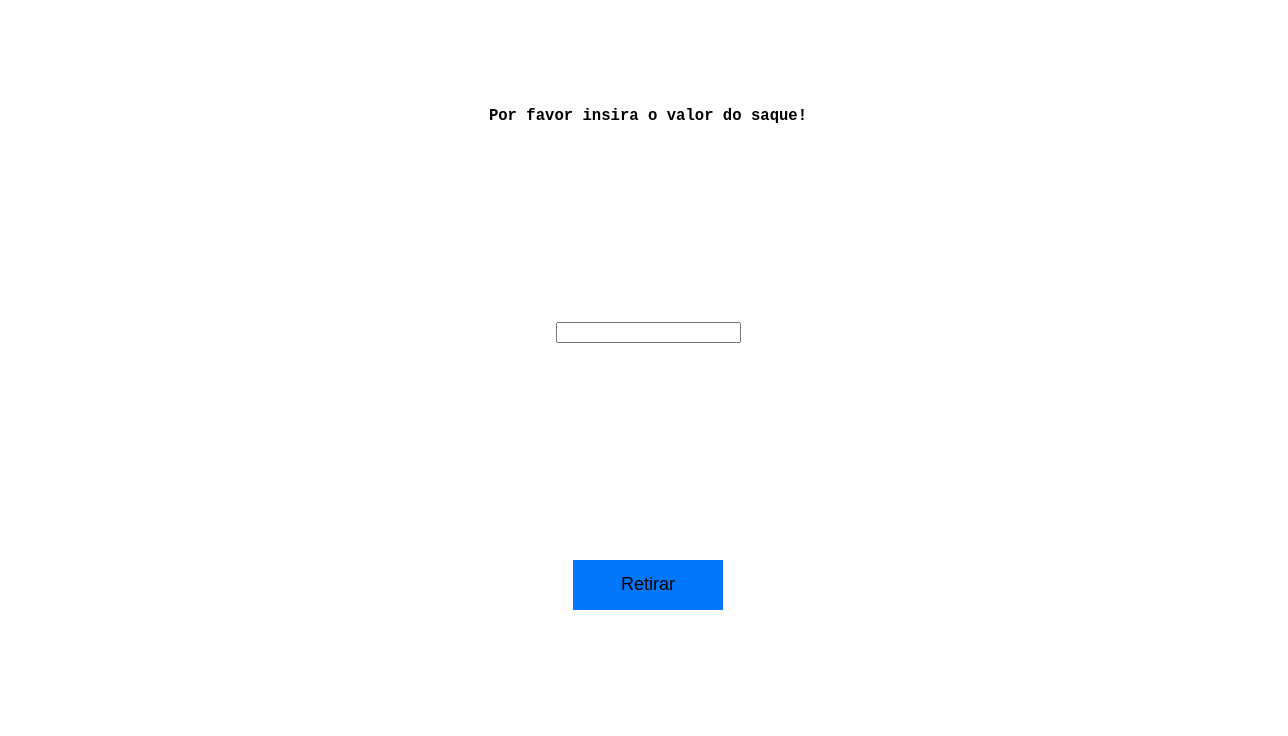
Repository: tkosudi/test-evlos
Page: index.html
The author's editor kept a copy of each file at every save. The page is drawn from the files as they stood at one save, then again after the next save.
The browser window is 1280 px wide. The page is 1288 px wide, so the pictures cover 1288 px, including what lies to the right of the window. The pictures show the whole page.

Above is the page before, as saved 2021-09-03 11:38:10.

### index.html
<!DOCTYPE html>
<html lang="en">
  <head>
    <meta charset="UTF-8" />
    <meta http-equiv="X-UA-Compatible" content="IE=edge" />
    <meta name="viewport" content="width=device-width, initial-scale=1.0" />
    <link rel="stylesheet" href="styles.css" />
    <title>Document</title>
  </head>
  <body>
    <button id="withdraw_button">Retirar</button>
    <input type="number" id="inputData" />

    <div id="count_withdraw"></div>
  </body>
  <script src="./withdraw.js"></script>
</html>

### styles.css
body {
  height: 100vh;
  width: 100vw;
  display: flex;
  align-items: center;
  justify-content: space-around;
  flex-direction: column-reverse;
  font-family: monospace;
}

button {
  margin: 20px 0;
  width: 150px;
  height: 50px;
  font-size: large;
  background: #0077fc;
  border: none;
}

span {
  font-weight: bold;
  font-size: larger;
  color: black;
}

### withdraw.js
const bills = {
  100: 1,
  50: 3,
  20: 4,
  10: 1,
  5: 3,
  2: 12,
  1: 10,
};

let responseWithdrawBills = {
  100: 0,
  50: 0,
  20: 0,
  10: 0,
  5: 0,
  2: 0,
  1: 0,
};

const billsArray = Object.keys(bills)
  .reverse()
  .map((item) => parseInt(item));

let costumerBalance = 122.5;

const withdraw = (
  valorSaque,
  inputValue,
  withdrawBills = responseWithdrawBills
) => {
  if (inputValue <= 1) {
    return "Valor inválido! Saques à partir de R$1,00.";
  }

  if (valorSaque > costumerBalance) {
    return "Você não possui saldo para sacar este valor!";
  }

  if (valorSaque === 0) {
    const billValues = Object.keys(withdrawBills).filter((key) => {
      return withdrawBills[key] > 0;
    });

    let response = "Entregar ";
    for (let i = 0; i < billValues.length; i++) {
      response += `${withdrawBills[billValues[i]]} nota de R$${
        billValues[i]
      },00, `;
    }

    let res = response.slice(0, -2) + ".";

    for (let i = 0; i < billsArray.length; i++) {
      if (responseWithdrawBills[billsArray[i]] > 0) {
        responseWithdrawBills[billsArray[i]] = 0;
      }
    }
    return res;
  }

  for (let i = 0; i < billsArray.length; i++) {
    if (bills[billsArray[i]] > 0 && valorSaque >= billsArray[i]) {
      valorSaque -= billsArray[i];
      withdrawBills[billsArray[i]]++;
      costumerBalance -= billsArray[i];
      bills[billsArray[i]]--;
      return withdraw(valorSaque, withdrawBills);
    }
  }
};
// module.exports.withdraw = withdraw;
let response = document.getElementById("count_withdraw");
const span = document.createElement("span");
span.textContent = "Por favor insira o valor do saque!";
response.appendChild(span);

document.getElementById("withdraw_button").onclick = () => {
  document.getElementById("count_withdraw").innerHTML = "";
  let withdrawInputData = document.getElementById("inputData").value;
  span.textContent = withdraw(withdrawInputData, withdrawInputData);
  response.appendChild(span);
};

After the next save:
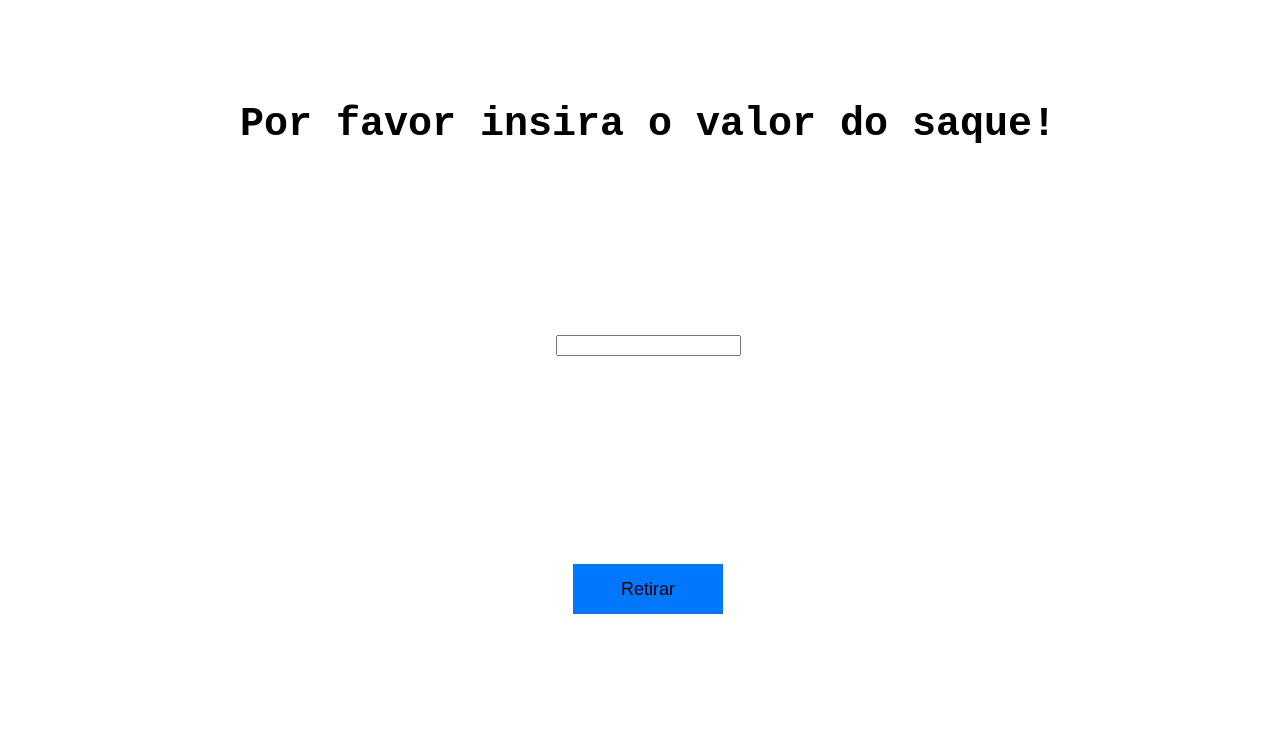
Saved 6 s later.
--- a/styles.css
+++ b/styles.css
@@ -19,6 +19,6 @@ button {
 
 span {
   font-weight: bold;
-  font-size: larger;
+  font-size: 40px;
   color: black;
 }
